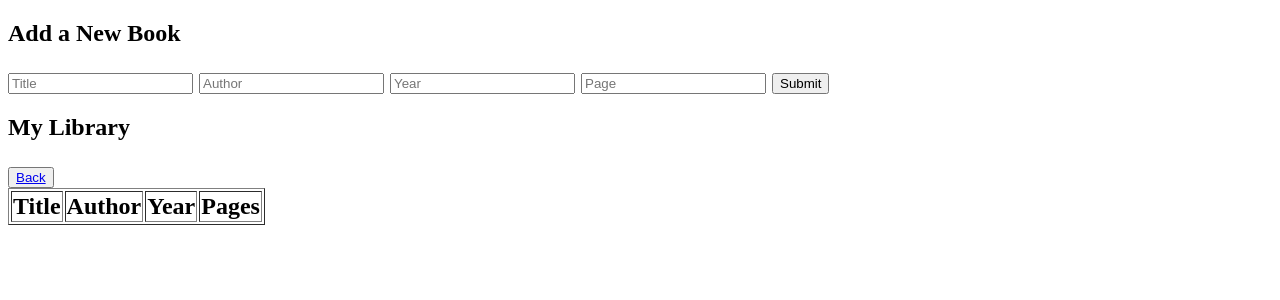
Repository: renanbotasse/library
Page: http://localhost/dashboard
The author's editor kept a copy of each file at every save. The page is drawn from the files as they stood at one save, then again after the next save.
The browser window is 1280 px wide. The pictures show the whole page.
The page is served by the project's Node server (app.js). Other server files are loaded and not shown. Queries for data that is not in the repository find no rows.

Above is the page before, as saved 2023-09-05 15:06:12.

### views/createBook.ejs
<!DOCTYPE html>
<html lang="en">
<head>
  <meta charset="UTF-8">
  <title>My Library</title>
</head>
<body>
	<h2>Add a New Book<h2>
		<%# "/create"-> Create a new book (ADD)  %>
		<form action=”/create” method=”POST”>
		  <input type=”text” placeholder=Title name=title">
		  <input type=”text” placeholder=Author name=author">
		  <input type=”text” placeholder=Year name=”lng">
		  <input type="text" placeholder=Page name="lat">
		  <button type=”submit”>Submit</button>
		</form>

  <h2>My Library<h2>
  <table border="1">
    <thead>
      <tr>
        <td>Title</td>
        <td>Author</td>
        <td>Year</td>
		<td>Pages</td>
      </tr>
    </thead>
    <tbody>
      <% books.forEach(function(data) { %>
        <tr>
          <td><%= data.title %></td>
          <td><%= data.author %></td>
          <td><%= data.year %></td>
		  <td><%= data.pages %></td>
        </tr>
     <% }) %>
   </tbody>
   <button><a href="/">Back</a></button>
</body>
</html>

### app.js
//link express
const express = require("express");
const dotenv = require("dotenv");
const mongoose = require("mongoose");

// Config .env file
dotenv.config();

//start express
const app = express();

// Config ejs (view engine)
app.set('view engine', 'ejs');

// Create client static files (/public/assets)
app.use(express.static('public'));

//MongoDB connection
let mongoDB = 'mongodb+srv://' + process.env.DB_USER + ':' + process.env.DB_PASS + '@cluster0.7796qkc.mongodb.net/?retryWrites=true&w=majority';
mongoose.connect(mongoDB);

//MongoDB connection Confirmation
mongoose.connection.on('connected', () => {
	console.log('Connected to MongoDB');
});

//MongoDB connection Error
mongoose.connection.on('error', (err) => {
    console.log('Database Error' + err);
});

let db = mongoose.connection;
db.on('error', console.error.bind(console, 'connection error:'));

//valid end point - start with /library
const routes = require('./routes/libraryRoute');
app.use('/', routes);

//MIDDLEWARE START----------------------------------------------------------------
//active json parser
app.use(express.json());
app.use(express.urlencoded({ extended: true }));

//error handler for middleware
app.use(function(err, req, res, next) {
	console.log(err);
	//Change the status (res.status(422)
	res.status(422).send({error: err.message});
});

//MIDDLEWARE END-------------------------------------------------------------------

// Route Root
app.get('/', function(req, res) {
  res.render("createBook");
});

//create server port
let port = 8000;

//start server
app.listen(process.env.PORT || port, () => {
  console.log('Server running on port' + port);
});

### controllers/libraryController.js
// import bookModel from libraryModel
const Book = require('../models/libraryModel');

// exports.test = function (req, res) {
// 	res.render('libraryTest');
// };

//GET - List all books
exports.all = function (req, res, next) {
	//find() call all the books in the DB and res.send(book) send all books back
	Book.find()
	.then(function(book){
		res.render('createBook', {books: book});
	})
	.catch(next);
};

//GET - Get one book by various criteria
exports.oneBook = function (req, res, next) {
	// The empty query object
	let query = {};

	// Array of valid query parameters
	const validParams = ['id', 'title', 'author', 'year', 'pages'];

	// Valid query parameters
	validParams.forEach(param => {
	  if (req.query[param]) {
		query[param] = req.query[param];
	  }
	});

	//Use the query to find the book
	Book.find(query)
	  .then(function (book) {
		if (!book) {
		  res.status(404).json({ error: 'Book not found' });
		} else {
		  res.status(200).json(book);
		}
	  })
	  .catch(next);
  };

//POST - Create a book
exports.create = function (req, res, next) {
	//create a new book on the DB and return it
	const newBook = new Book(req.body);
	newBook
	.save()
	.then(function (book) {
		res.status(201).send(book);
	})
	.catch(next);
};

//PUT - Update a book
exports.update = function (req, res, next) {
	//Find by ID and use the req.body to update
	Book.findByIdAndUpdate({_id: req.params.id}, req.body)
	//Find the book by ID again and return the book updated
	.then(function(){
		Book.findOne({_id: req.params.id})
		.then(function(book){
			res.send(book);
		});
	})
	.catch(next);
};

//DELETE - Delete a book
exports.delete = function (req, res, next) {
	//'_id' = id inside DB || 'req.params.id'= return ID
	// You can use the model Book (mongoose) to delete, don't need to create a newBook
	// The findByIdAndRemove works with mongoose
	Book.findByIdAndRemove({_id: req.params.id})
	.then(function(book){
		res.send(book);
	})
	.catch(next);
	};

After the next save:
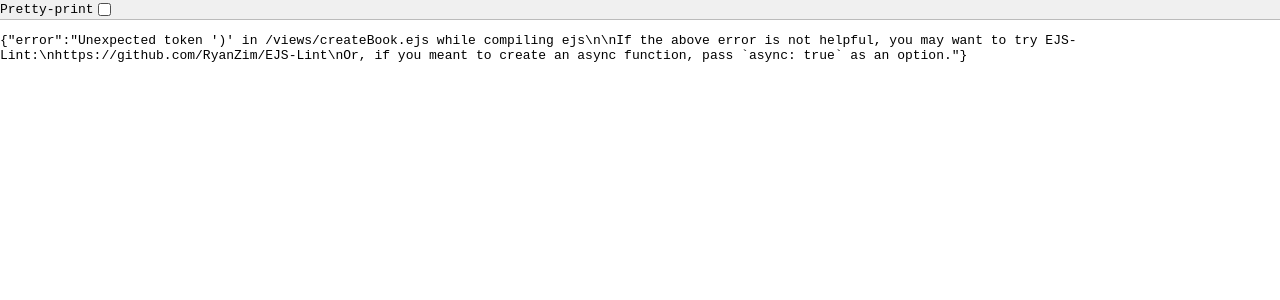
Saved 36 s later.
--- a/views/createBook.ejs
+++ b/views/createBook.ejs
@@ -26,7 +26,6 @@
       </tr>
     </thead>
     <tbody>
-      <% books.forEach(function(data) { %>
         <tr>
           <td><%= data.title %></td>
           <td><%= data.author %></td>

After the save that followed:
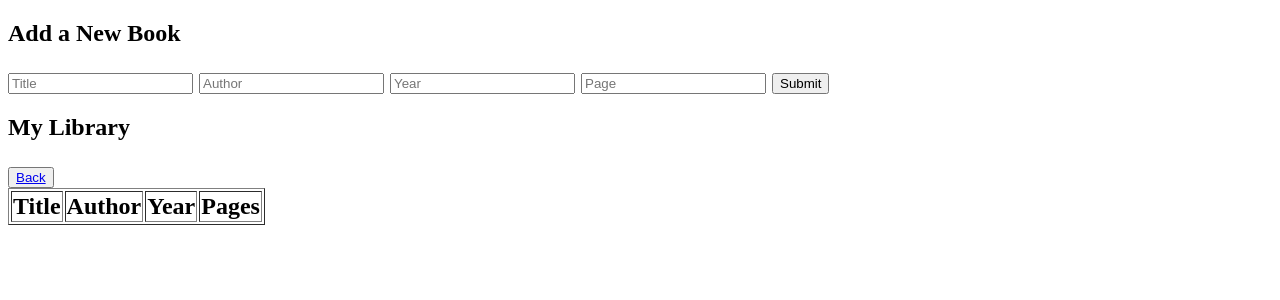
Saved 7 s later.
--- a/views/createBook.ejs
+++ b/views/createBook.ejs
@@ -26,6 +26,7 @@
       </tr>
     </thead>
     <tbody>
+      <% books.forEach(function(data) { %>
         <tr>
           <td><%= data.title %></td>
           <td><%= data.author %></td>
